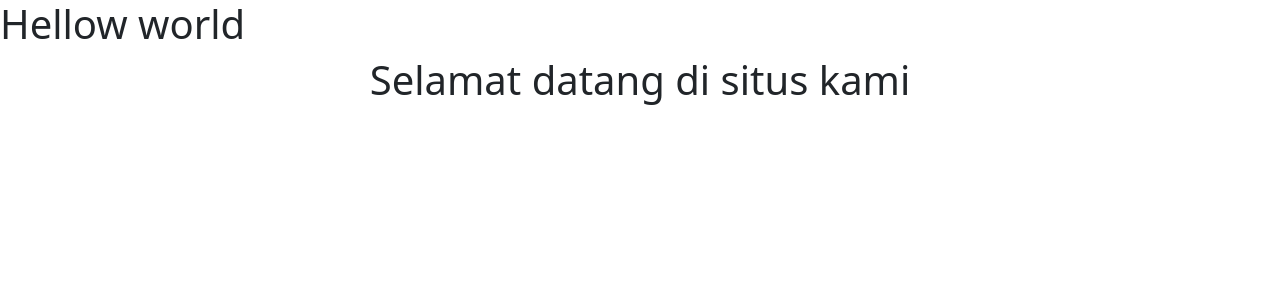
Repository: aryowisang/mbg
Page: latihan-24.html
These files come from the project's save history. The page is drawn as it stood at one moment and after a run of saves; the edit follows.
The browser window is 1280 px wide. The pictures show the whole page.

Above is the page before, as saved 2026-04-30 13:56:51.

### latihan-24.html
<!DOCTYPE html>
<html lang="en">
<head>
    <meta charset="UTF-8">
    <meta name="viewport" content="width=device-width, initial-scale=1.0">
    <title>Document</title>
    <link rel="stylesheet" href="dist/css/bootstrap.min.css">
</head>
<body>
    <h1>Hellow world</h1>

    <section id="hero" class="hero text-center">
        <div class="container fade-line-up">
            <h1>Selamat datang di situs kami</h1>
            <p></p>
    </section>
</body>
</html>

Loaded but not shown: dist/css/bootstrap.min.css (library)

After the next 4 saves:
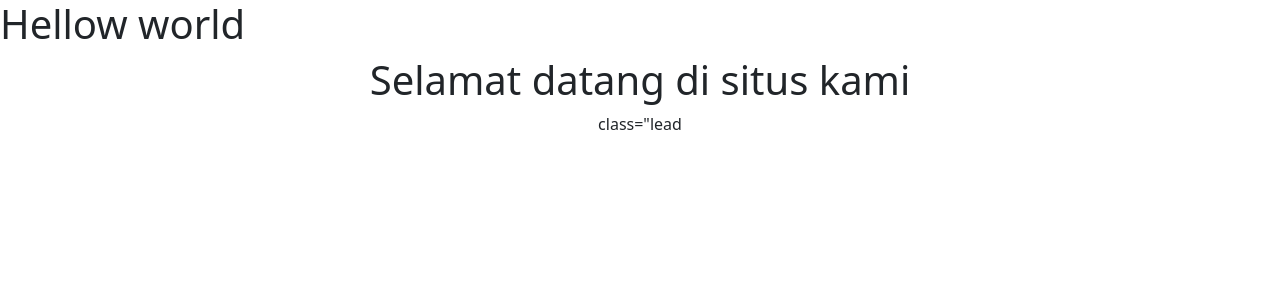
The 4 saves are shown as one change because they came seconds apart.
The last was saved 12 s later.
--- a/latihan-24.html
+++ b/latihan-24.html
@@ -12,7 +12,7 @@
     <section id="hero" class="hero text-center">
         <div class="container fade-line-up">
             <h1>Selamat datang di situs kami</h1>
-            <p></p>
+            <p> class="lead</p>
     </section>
 </body>
 </html>
